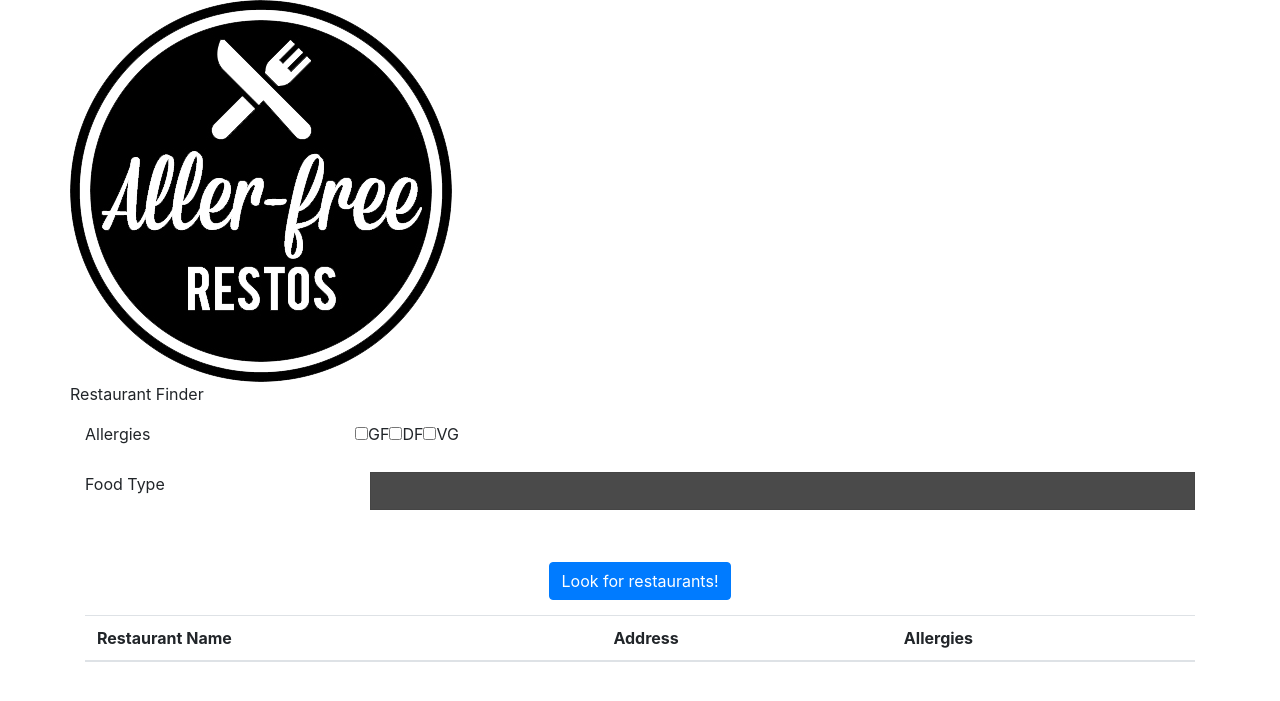
Repository: KobeRox/Loremips
Page: index.html
The author's editor kept a copy of each file at every save. The page is drawn from the files as they stood at one save, then again after the next save.
The browser window is 1280 px wide. The pictures show the whole page.
Some web libraries are served in a nearby version.

Above is the page before, as saved 2019-09-08 17:02:21.
Console error: TypeError: Cannot read properties of undefined (reading 'fn')

After the next save:
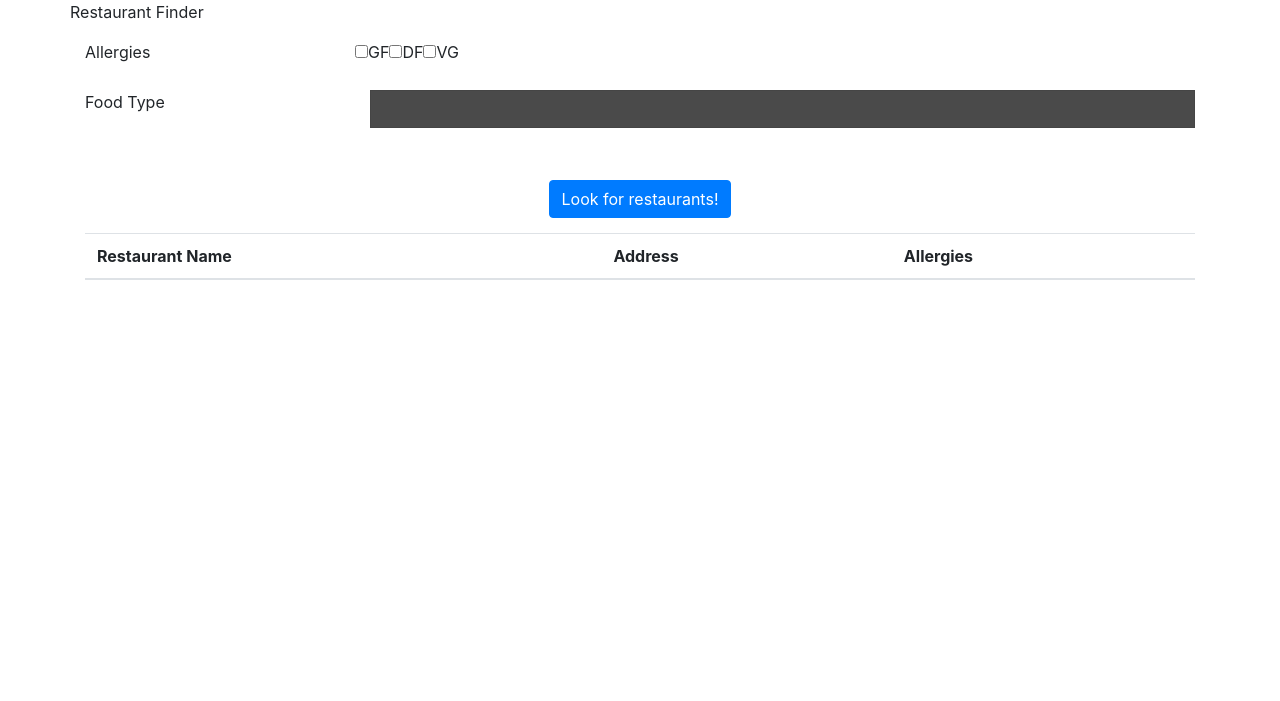
Saved 2 min 55 s later.
--- a/index.html
+++ b/index.html
@@ -49,13 +49,6 @@
 
 <body>
     <div class="container">
-        <div class="panel-heading">
-            <div class="row">
-				<div class="col-xs-12">
-					<img src="allerfreerestos_logo.png">
-				</div>
-            </div>
-        </div>
         <div class="panel-body">
 
             <div class="row" style="text-align: center;">
